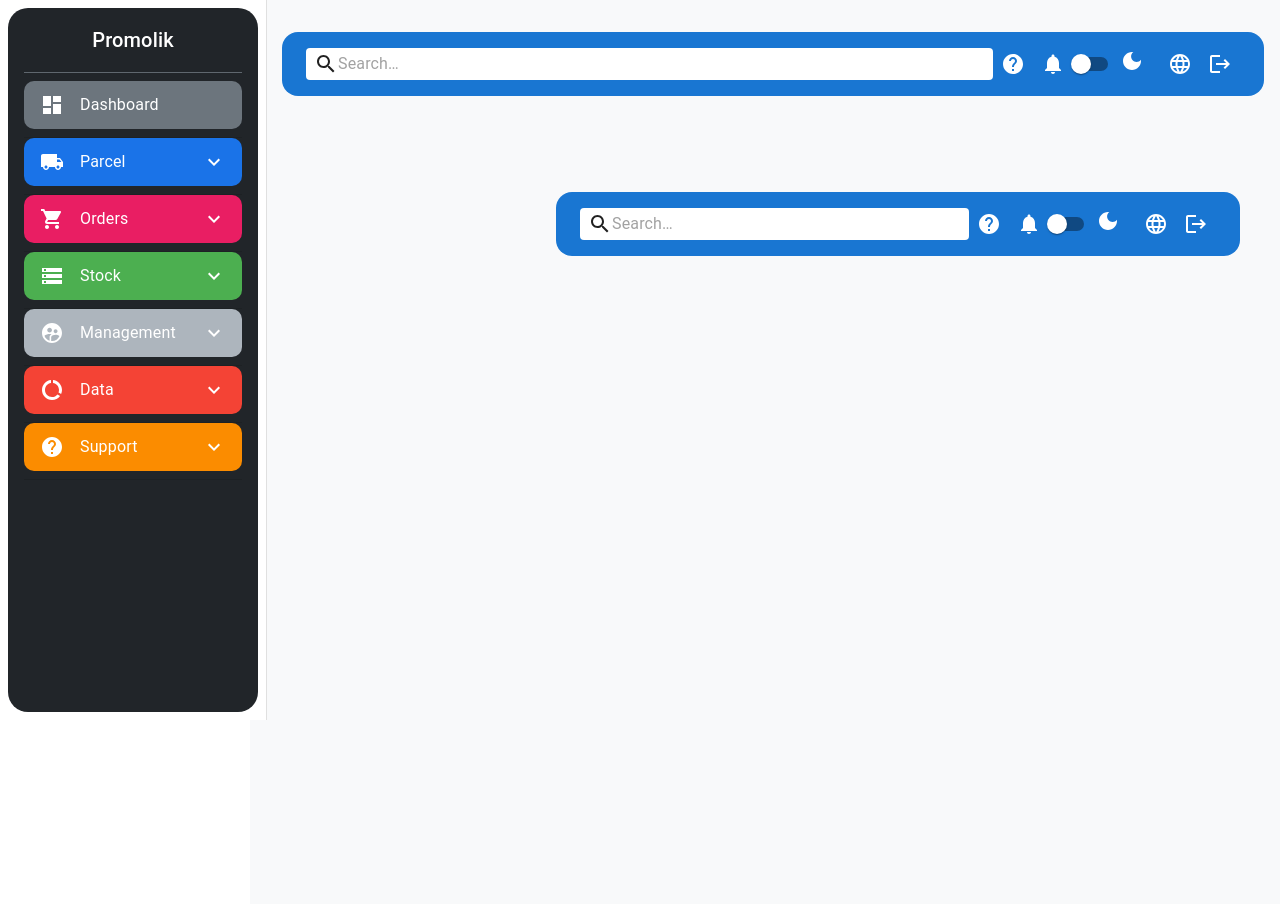
Repository: yosrjdly/stk
Page: /dashboard (app in dashboard/)
An editor plug-in stored every save of this project. The page is shown before and after a run of saves, followed by the edit.
The browser window is 1280 px wide. The pictures show the whole page.
The project was rebuilt for these pictures with package versions that can differ from the ones it lists, and the page was loaded fresh each time. The framework's server and built-in components were replaced by stand-ins that run in the browser. Also part of the build but not shown: dashboard/next.config.ts.

Above is the page before, as saved 2025-02-14 17:47:31.

After the next 7 saves:
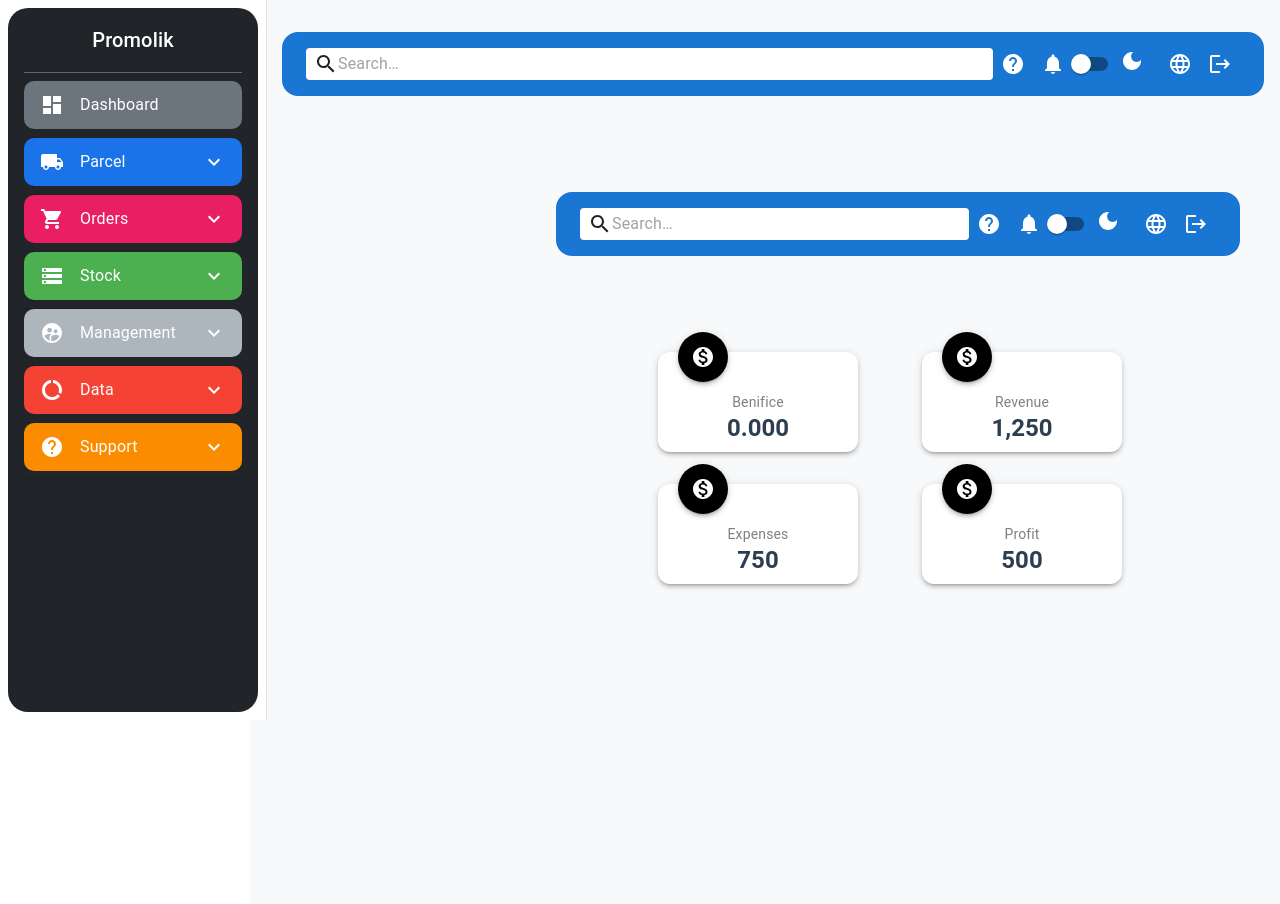
The 7 saves are shown as one change because 1 did not build or start and some came seconds apart.
The last was saved 21 s later.
--- a/dashboard/src/app/dashboard/page.tsx
+++ b/dashboard/src/app/dashboard/page.tsx
@@ -1,9 +1,10 @@
+import DashboardStats from "@/componenets/cards/smallCard/StatisticCard";
 import Layout from "../dashboard/Layout";
 
 export default function DashboardHome() {
   return (
     <Layout>
-
+    <DashboardStats/>
     </Layout>
   );
 }
